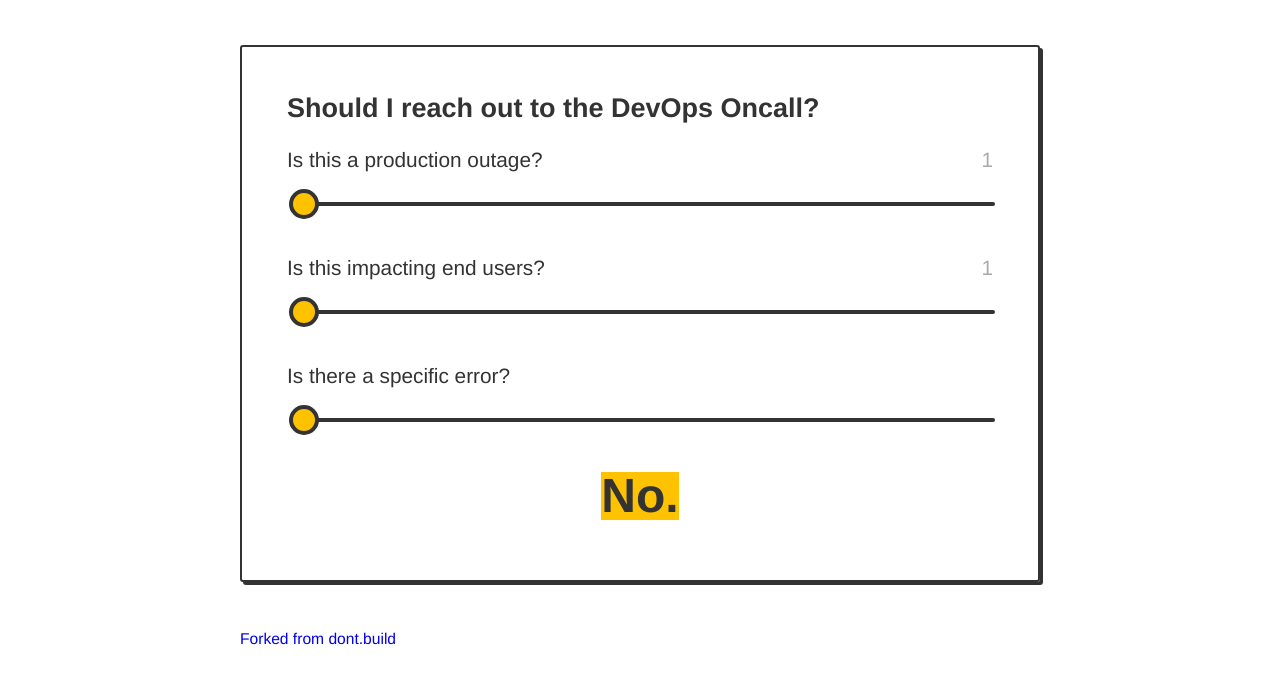
Repository: harishbsrinivas/dont.call
Page: index.html
These files come from the project's save history. The page is drawn as it stood at one moment and after the next save; the edit follows.
The browser window is 1280 px wide. The pictures show the whole page.

Above is the page before, as saved 2022-12-03 18:54:35.

After the next save:
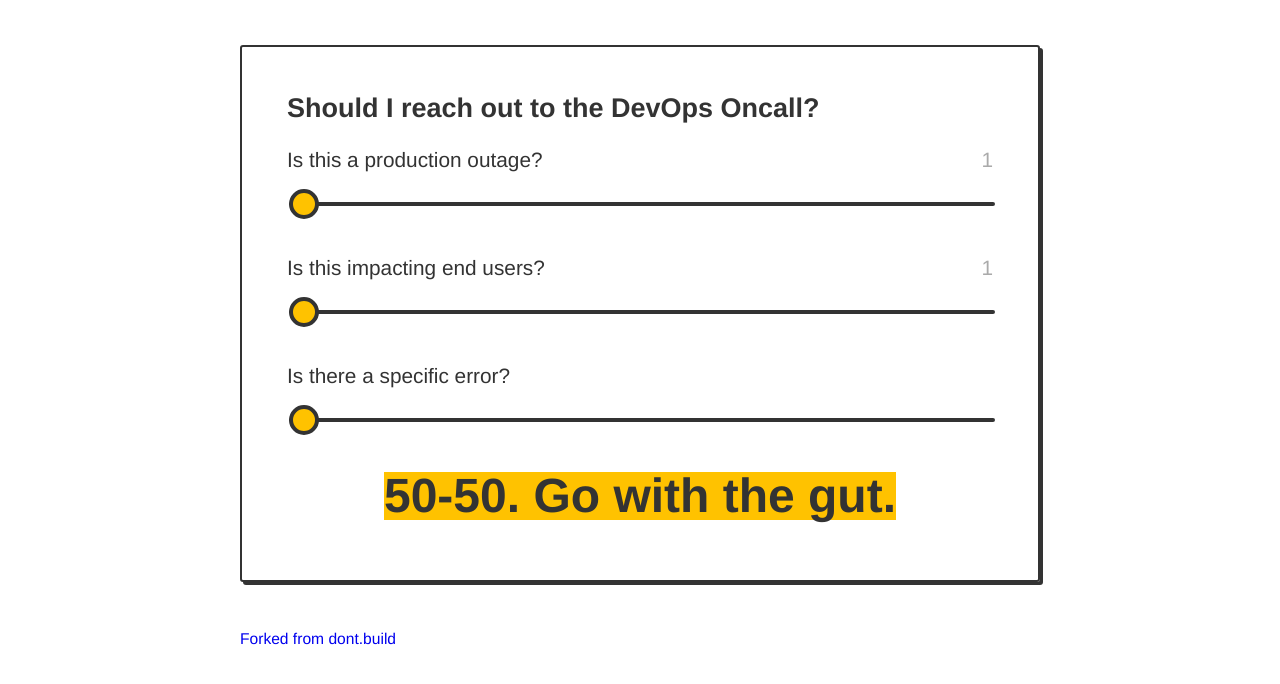
Saved 34 s later.
--- a/index.html
+++ b/index.html
@@ -54,6 +54,7 @@
             const params = [
                 { weight: 1, value: 1, negative: false, name: 'p-outage', },
                 { weight: 2, value: 1, negative: false, name: 'p-error', },
+                { weight: 2, value: 1, negative: false, name: 'p-error', },
             ]
 
             params.forEach((p, n) => {

After the save that followed:
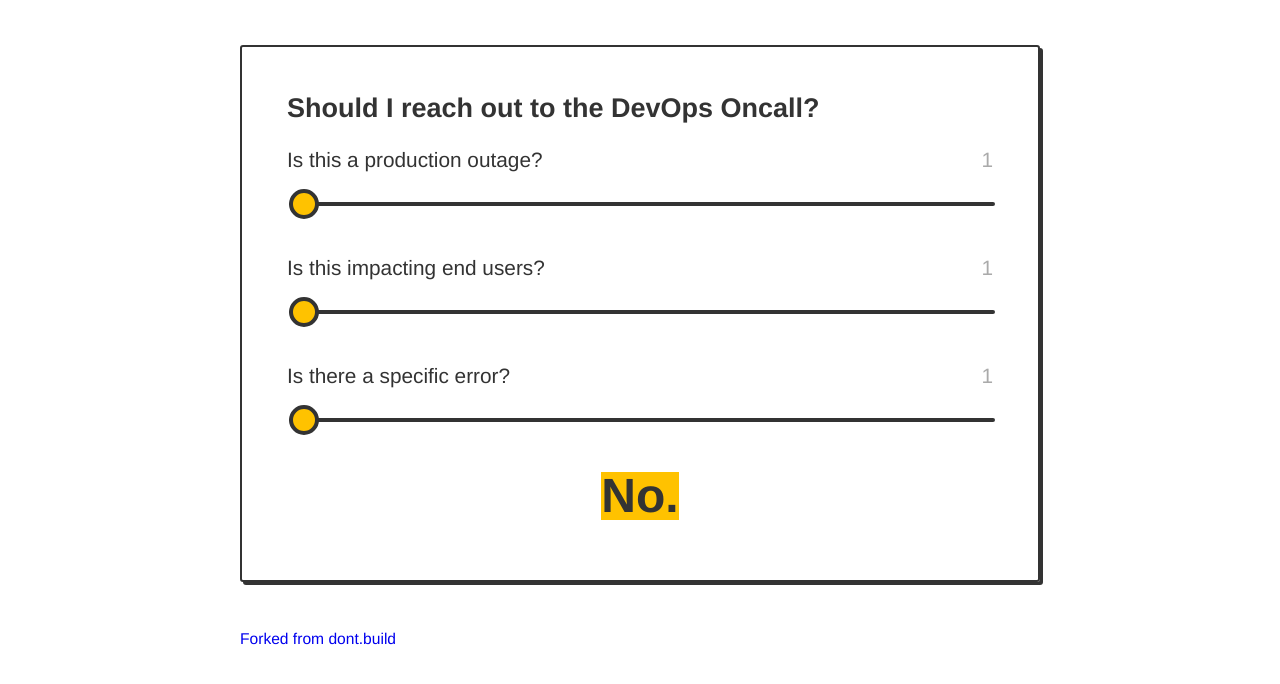
Saved 8 s later.
--- a/index.html
+++ b/index.html
@@ -54,7 +54,7 @@
             const params = [
                 { weight: 1, value: 1, negative: false, name: 'p-outage', },
                 { weight: 2, value: 1, negative: false, name: 'p-error', },
-                { weight: 2, value: 1, negative: false, name: 'p-error', },
+                { weight: 0.5, value: 1, negative: false, name: 'p-ticket', },
             ]
 
             params.forEach((p, n) => {
